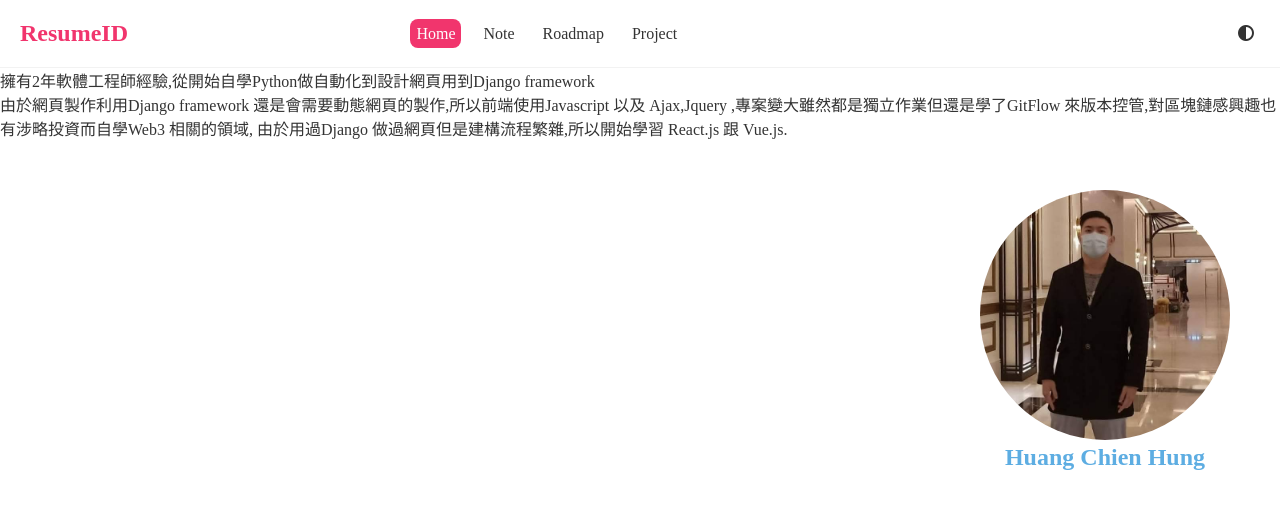
Repository: leo-play-code/ResumeID
Page: /
These files come from the project's save history. The page is drawn as it stood at one moment and after a run of saves; the edit follows.
The browser window is 1280 px wide. The pictures show the whole page.
Some web libraries are served in a nearby version. The project was rebuilt for these pictures with package versions that can differ from the ones it lists, and the page was loaded fresh each time. Also part of the build but not shown: src/Note/Note.js, src/Roadmap/Roadmap.js, src/Project/Project.js.

Above is the page before, as saved 2022-10-18 14:17:15.

### public/index.html
<!DOCTYPE html>
<html lang="en">
  <head>
    <meta charset="utf-8" />
    <link rel="icon" href="%PUBLIC_URL%/favicon.ico" />
    <meta name="viewport" content="width=device-width, initial-scale=1" />
    <meta name="theme-color" content="#000000" />
    <meta
      name="description"
      content="Web site created using create-react-app"
    />
    <link rel="apple-touch-icon" href="%PUBLIC_URL%/logo192.png" />
    <link rel="manifest" href="%PUBLIC_URL%/manifest.json" />

    <!-- fontawesome -->
    <script src="https://kit.fontawesome.com/14e9a4f90b.js" crossorigin="anonymous"></script>
    <title>React App</title>
  </head>
  <body>
    <noscript>You need to enable JavaScript to run this app.</noscript>
    <div id="root"></div>
  </body>
</html>

### src/index.css
/* base styles */
* {
  margin: 0;
  font-family: "Quicksand";
  color: #333;
}
.navbar {
  padding: 20px;
  display: flex;
  align-items: center;
  max-width: 100%;
  margin: 0 auto;
  border-bottom: 1px solid #f2f2f2;
}
.navbar h1 {
  color: #f1356d;
}
.navbar-center{
  margin-inline: auto;
}
.navbar-center .page-selected{
  color:white;
  background: #f1356d;
  border-radius: 8px;
  pointer-events: none;
}
.navbar .navbar-right {
  margin-left: auto;
}
.navbar a {
  margin-left: 16px;
  text-decoration: none;
  padding: 6px;
}
.navbar a:hover {
  color: #f1356d;
}
.content {
  max-width: 600px;
  margin: 40px auto;
  padding: 20px;
}

/* Home */
.Home .profile-container{
  height: 500px;
}
.Home .picture img{
  border-radius: 50%;
  max-width: 250px;
}
.Home .profile .MainName{
  color:#5DADE2;
}

.Home .profile .introduction{
  float:left;
}

.Home .profile .picture{
  margin: 50px;
  text-align: center;
  float:right;
}

### src/App.js
import Navbar from './Navbar/Navbar';
import { BrowserRouter as Router,Route,Switch} from 'react-router-dom'
import Home from './Home/Home';
import Note from './Note/Note';
import Roadmap from './Roadmap/Roadmap';
import Project from './Project/Project';

function App(){
    return (
        <Router>
            <div className="App">
            <Navbar />
                <Switch>
                    <Route exact path='/'>
                        <Home />
                    </Route>
                    <Route exact path='/Note'>
                        <Note />
                    </Route>
                    <Route exact path='/Roadmap'>
                        <Roadmap />
                    </Route>
                    <Route exact path='/Project'>
                        <Project />
                    </Route>

                </Switch>
            </div>
        </Router>

    )
}

export default App;

### src/Navbar/Navbar.js
import { useEffect, useState } from 'react';
import {Link} from 'react-router-dom';

function Navbar(){
    const [navbar_state,setPageState] = useState('');
    function ChangeColor(){
        console.log('changecolor')
    }
    function PageSelected(navbar_state){
        setPageState(navbar_state)
    }
    useEffect(()=>{
        const init_url_arr = window.location.href.split('/')
        const init_url_page = init_url_arr[init_url_arr.length-1]
        setPageState(init_url_page)
    })
    return (
        <nav className="navbar">
            <h1>ResumeID</h1>
            <span className='navbar-center'>
                {(navbar_state == '')&& <Link to="/" className='page-selected'>Home</Link>}
                {!(navbar_state == '')&&<Link to="/" onClick={()=>PageSelected('Home')}>Home</Link>}
                {(navbar_state == 'Note')&& <Link to="/Note" className='page-selected'>Note</Link>}
                {!(navbar_state == 'Note')&&<Link to="/Note" onClick={()=>PageSelected('Note')}>Note</Link>}
                {(navbar_state == 'Roadmap')&& <Link to="/Roadmap" className='page-selected'>Roadmap</Link>}
                {!(navbar_state == 'Roadmap')&&<Link to="/Roadmap" onClick={()=>PageSelected('Roadmap')}>Roadmap</Link>}
                {(navbar_state == 'Project')&& <Link to="/Project" className='page-selected'>Project</Link>}
                {!(navbar_state == 'Project')&&<Link to="/Project" onClick={()=>PageSelected('Project')}>Project</Link>}
            </span>
            <div className="navbar-right">
                <a onClick={ChangeColor}><i className="fa-solid fa-circle-half-stroke"></i></a>
            </div>
        </nav>
    )
}

export default Navbar ;

### src/Home/Home.js


function Home(){
    const pic = require('./static/image/selfy.jpg');
    return(
        <div className="Home">
            <div className='profile'>
                <div className="introduction">
                    <p>擁有2年軟體⼯程師經驗,從開始⾃學Python做⾃動化到設計網⾴⽤到Django framework</p>
                    <p>由於網⾴製作利⽤Django framework 還是會需要動態網⾴的製作,所以前端使⽤Javascript 以及 Ajax,Jquery ,專案變⼤雖然都是獨立作業但還是學了GitFlow 來版本控管,對區塊鏈感興趣也有涉略投資⽽⾃學Web3 相關的領域, 由於⽤過Django 做過網⾴但是建構流程繁雜,所以開始學習 React.js 跟 Vue.js.</p>
                </div>
                <div className="picture">
                    <img src={pic} alt="" />
                    <h2 className='MainName'>Huang Chien Hung</h2>
                </div>
            </div>


        </div>
    )
}


export default Home ;

Loaded but not shown: src/index.js (common file); src/reportWebVitals.js (common file)

After the next 2 saves:
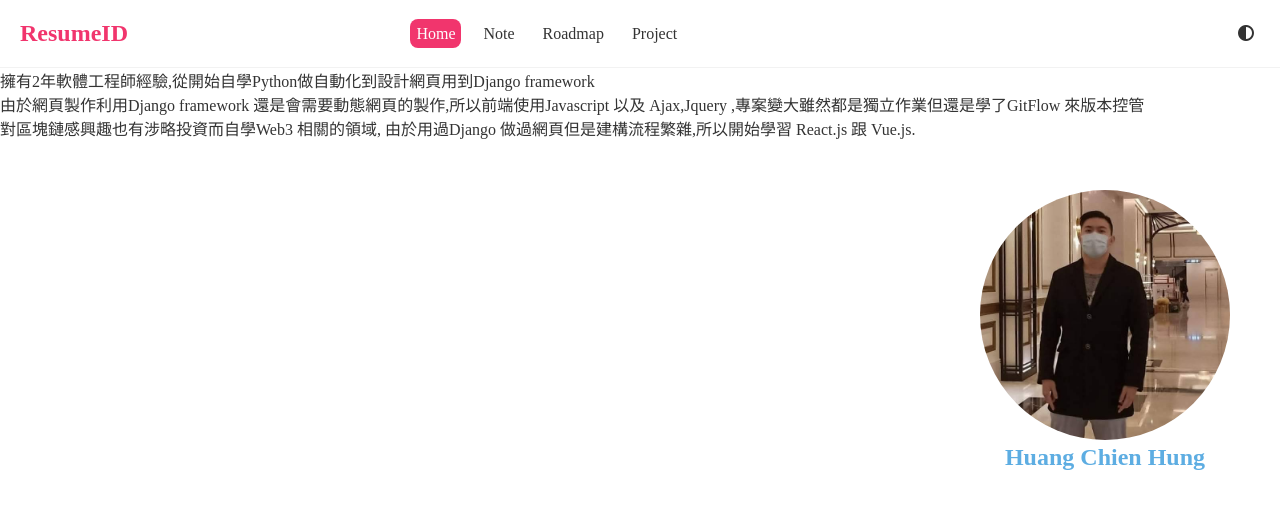
The 2 saves are shown as one change because they came seconds apart.
The last was saved 20 s later.
--- a/src/Home/Home.js
+++ b/src/Home/Home.js
@@ -7,7 +7,8 @@ function Home(){
             <div className='profile'>
                 <div className="introduction">
                     <p>擁有2年軟體⼯程師經驗,從開始⾃學Python做⾃動化到設計網⾴⽤到Django framework</p>
-                    <p>由於網⾴製作利⽤Django framework 還是會需要動態網⾴的製作,所以前端使⽤Javascript 以及 Ajax,Jquery ,專案變⼤雖然都是獨立作業但還是學了GitFlow 來版本控管,對區塊鏈感興趣也有涉略投資⽽⾃學Web3 相關的領域, 由於⽤過Django 做過網⾴但是建構流程繁雜,所以開始學習 React.js 跟 Vue.js.</p>
+                    <p>由於網⾴製作利⽤Django framework 還是會需要動態網⾴的製作,所以前端使⽤Javascript 以及 Ajax,Jquery ,專案變⼤雖然都是獨立作業但還是學了GitFlow 來版本控管</p>
+                    <p>對區塊鏈感興趣也有涉略投資⽽⾃學Web3 相關的領域, 由於⽤過Django 做過網⾴但是建構流程繁雜,所以開始學習 React.js 跟 Vue.js.</p>
                 </div>
                 <div className="picture">
                     <img src={pic} alt="" />
